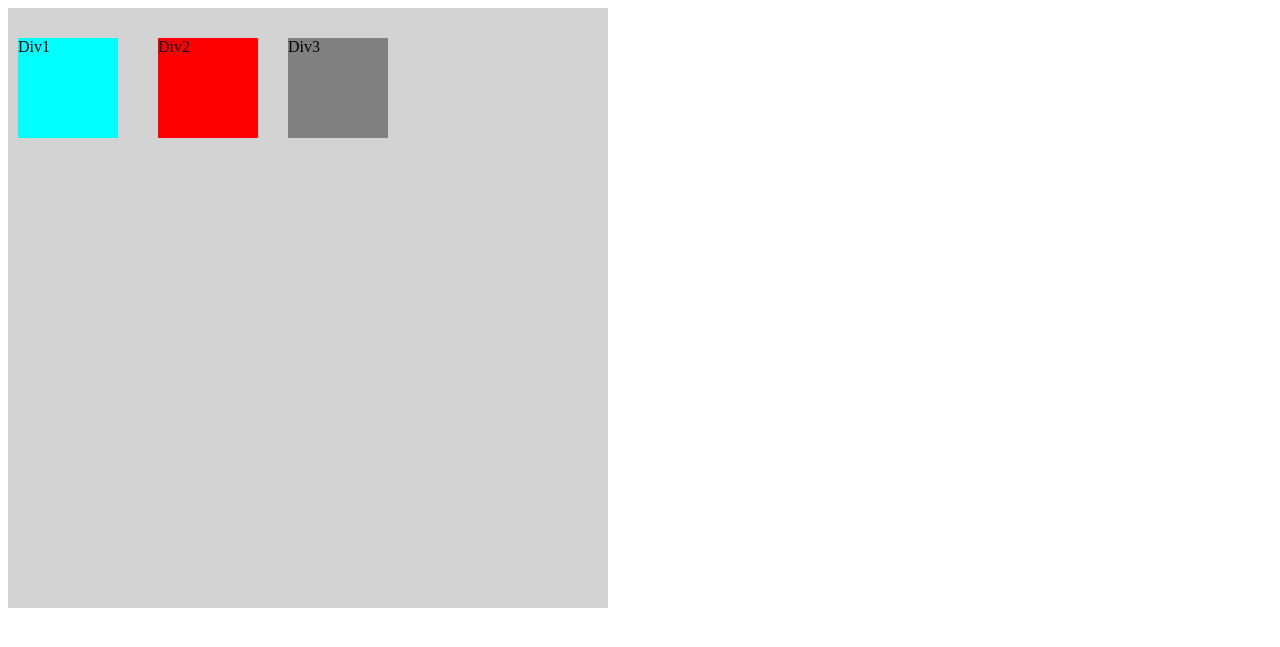
Repository: Sayan-100/Javascript
Page: Flex align content/index.html
These files come from the project's save history. The page is drawn as it stood at one moment and after the next save; the edit follows.
The browser window is 1280 px wide. The pictures show the whole page.

Above is the page before, as saved 2021-12-31 17:28:13.

### Flex align content/index.html
<!DOCTYPE html>
<html lang="en">

<head>
    <meta charset="UTF-8">
    <meta http-equiv="X-UA-Compatible" content="IE=edge">
    <meta name="viewport" content="width=device-width, initial-scale=1.0">
    <link rel="stylesheet" href="style.css">
    <title>Document</title>
</head>

<body>
    <div id="container">
        <div id="div1">
            Div1
        </div>
        <div id="div2">
            Div2
        </div>
        <div id="div3">
            Div3
        </div>
        <!-- <div id="div4">
            Div4
        </div> -->
    </div>
</body>

</html>

### Flex align content/style.css
 #container {
     /* height: 75vh; */
     /* to handle the overflowing */
     /* height: auto; */
     height: 600px;
     /* width: 75vw; */
     width: 600px;
     background-color: lightgrey;
     display: flex;
     /* default direction is row direction */
     /* flex-direction: column;*/
     flex-direction: row;
     /* flex-direction: row-reverse; */
     /* flex-direction: column-reverse; */
     /* the height and width is adjusted due to the flex property
       if we don't want that */
     /*default wrap property is no wrap*/
     /* flex-wrap: nowrap; */
     /* flex-wrap: wrap; */
     /* wrap in multiple lines */
     /* flex-wrap: wrap-reverse; */
     /*align items work perpendicular to the main axis*/
     /* align-items: flex-start; */
     /* align-items: flex-end; */
     /* align-items: center; */
     /* align-items: stretch; */
     /* default value of align items is stretch */
     /* it obeys the height and width property */
     align-items: baseline;
 }

 #container div {
     height: 100px;
     width: 100px;
     /* height: auto;
     max-height: 400px;
     width: 100px; */
 }

 #div1 {
     background-color: cyan;
     /* for align-items: baseline */
     margin: 10px;
 }

 #div2 {
     background-color: red;
     /* for align-items: baseline */
     margin: 30px;
 }

 #div3 {
     background-color: grey;
     for bas margin: 50px;
 }
 /* #div4 {
     background-color: orange;
 }

 #div5 {
     background-color: maroon;
 } */

After the next save:
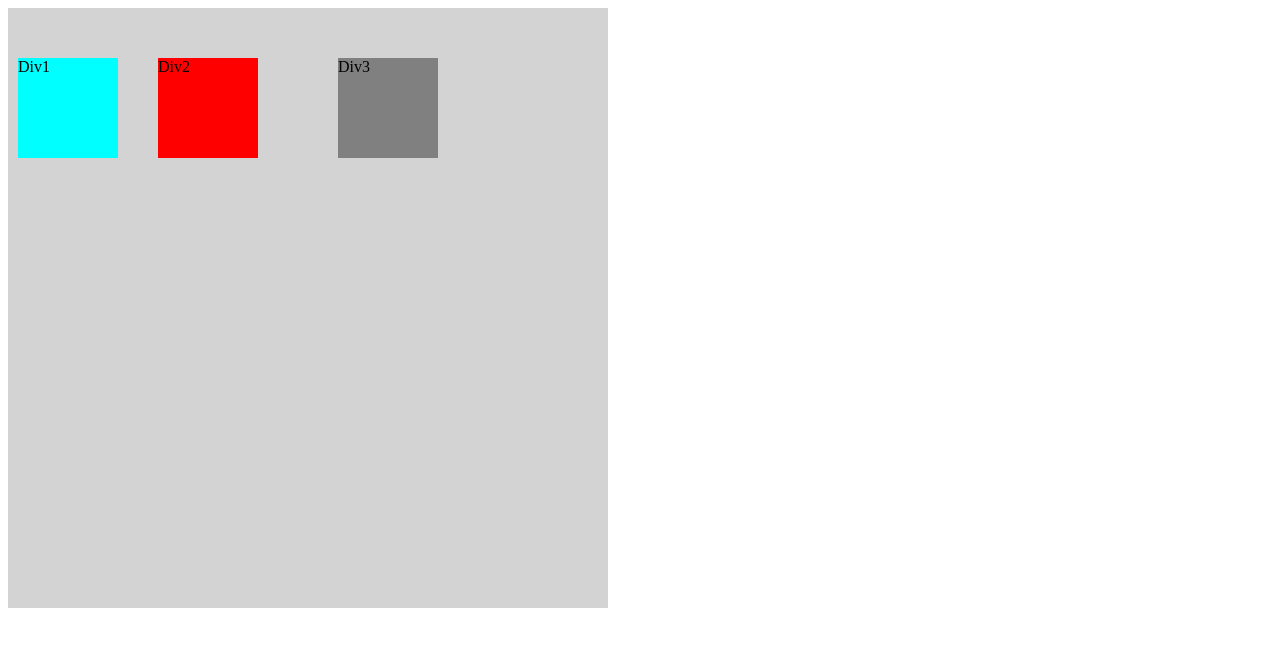
Saved 2 min 8 s later.
--- a/Flex align content/style.css
+++ b/Flex align content/style.css
@@ -51,7 +51,8 @@
 
  #div3 {
      background-color: grey;
-     for bas margin: 50px;
+     /* for align-items: basline */
+     margin: 50px;
  }
  /* #div4 {
      background-color: orange;
